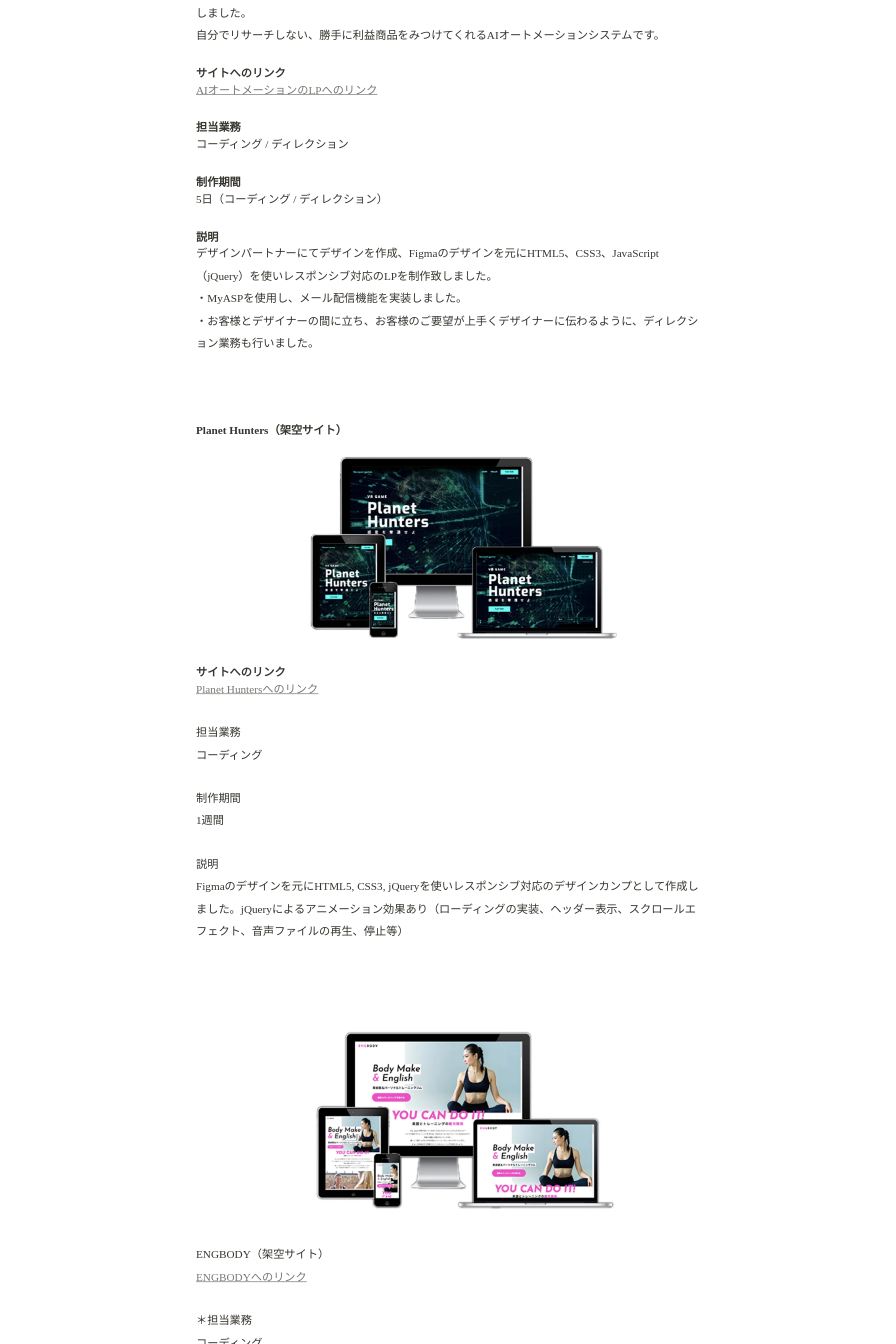
Repository: tetishi/my-portfolio
Page: index.html
The author's editor kept a copy of each file at every save. The page is drawn from the files as they stood at one save, then again after the next save.
The browser window is 1280 px wide. The pictures show the part of the page from y = 3262 to 5182 px (the page is 11517 px tall before and 11595 px after), at 70% of full size.
The style sheet was rebuilt from its Sass, Less or Tailwind sources for each picture, by a compiler version that may differ from the author's.

Above is the page before, as saved 2024-05-19 15:50:08.

### index.html
<!DOCTYPE html>
<html lang="ja">

<head>
    <meta name="robots" content="noindex">
    <meta charset="UTF-8">
    <meta name="viewport" content="width=device-width, initial-scale=1.0">
    <meta http-equiv="X-UA-Compatible" content="ie=edge">
    <meta property="og:title" content="石田哲朗のポートフォリオ" />
    <meta property="og:type" content="website" />
    <meta property="og:url" content="http://tetsuroishida.com/" />
    <meta property="og:image" content="#" />
    <meta property="og:site_name" content="ポートフォリオ" />
    <meta property="og:description" content="石田哲朗のポートフォリオです。過去の作品、スキル、使用ツール、自己紹介を掲載しております。" />
    <title>石田哲朗のポートフォリオ</title>
    <link rel="stylesheet" href="reset.css">
    <link rel="stylesheet" href="style.css">
    <link rel="icon" href="img/favicon.ico">
</head>

<body>
    <header class="header">
        <div class="header-inner">
            <h1 class="logo">
                <a href="/">
                    <img class="logo_img" src="img/favicon.png" alt="">
                </a>
            </h1>
            <nav class="header-nav">
                <ul class="header-ul">
                    <li class="header-li">
                        <a href="#">過去の作品</a>
                    </li>
                    <li class="header-li">
                        <a href="#">スキル</a>
                    </li>
                    <li class="header-li">
                        <a href="#">使用ツール</a>
                    </li>
                    <li class="header-li">
                        <a href="#">私について</a>
                    </li>
                </ul>
            </nav>
            <button class="mobile-menu_btn">
                <span></span>
                <span></span>
                <span></span>
            </button>
            <div class="mobile-header">
                <nav class="mobile-header_nav">
                    <ul class="mobile-header_ul">
                        <li class="mobile-header_li">
                            <a href="#">過去の作品</a>
                        </li>
                        <li class="mobile-header_li">
                            <a href="#">スキル</a>
                        </li>
                        <li class="mobile-header_li">
                            <a href="#">使用ツール</a>
                        </li>
                        <li class="mobile-header_li">
                            <a href="#">私について</a>
                        </li>
                    </ul>
                </nav>
            </div>
        </div>
    </header>

    <main>

        <section>
            <!-- ここ記入 -->
            <h1>ポートフォリオ<br class="d-none">（石田 哲朗）</h1>
            <p>お忙しい中 ご覧頂きありがとうございます。</p>
            <p>以下、過去の作品でございます。</p>
            <!-- ここ記入 -->
            <!-- <p>ベーシック認証がかかっているものは<br>ID aaa<br>パスワード aaa<br> です。</p> -->
        </section>
        <section>

            <h2>過去の作品</h2>
            <h3 class="sub-tit">LP作成</h3>

            <!-- １作品目 -->
            <div class="work">
                <!-- ここ記入 -->
                <h3 class="work_tit">UNIVERSAL HOLDINGS様／山中湖オリオン</h3>

                <!-- サイトのイメージ写真を入れます -->
                <a class="work_img-link" target="_blank" href="https://orion.universalholdings.jp/">
                    <picture>
                        <source srcset="img/universal-holdings@2x.webp" type="image/webp">
                        <img src="img/universal-holdings@2x.png">
                    </picture>
                </a>
                <p>
                    UNIVERSAL HOLDINGS様の貸別荘ビジネス「山中湖オリオン」についてのLP（ランディングページ）を制作致しました。<br>
                    「山中湖オリオン」は優れた強固な構造が特徴で、長期の運用が可能なフィンランドログを使用した貸別荘です。<br>
                </p>
                <h3 class="details">サイトへのリンク</h3>
                <!-- ここ記入 -->
                <p class="work_link"><a target="_blank" rel="noopener noreferrer" href="https://orion.universalholdings.jp/">UNIVERSAL HOLDINGS様／山中湖オリオンのLPへのリンク</a></p>
                <p class="work_link"><a target="_blank" rel="noopener noreferrer" href="https://orion-salon.universalholdings.jp/">UNIVERSAL HOLDINGS様／山中湖オリオン ABテスト用LPへのリンク</a></p>

                <h3 class="details">担当業務</h3>
                <p>コーディング / WordPress</p>
                <h3 class="details">サイトの目的</h3>
                <p>共同事業パートナーの募集 / 事業の認知</p>
                <h3 class="details">制作期間</h3>
                <!-- ここ記入 -->
                <p>約5日（コーディング / WordPress）</p>
                <h3 class="details">説明</h3>
                <!-- ここ記入 -->
                <p>
                    UNIVERSAL HOLDINGS様の貸別荘ビジネス「山中湖オリオン」についてのLP（ランディングページ）を制作致しました。<br>
                    「山中湖オリオン」は優れた強固な構造が特徴で、長期の運用が可能なフィンランドログを使用した貸別荘です。<br>
                    デザインパートナーにてデザインを作成、Photoshopのデザインを元にHTML5, CSS3, JavaScript(jQuery)を使用しLPをコーディング、WordPress化致しました。<br>
                    ・ユーザーにとってクリックしやすくなるように、ボタンは光るようにコーディングしております。<br>
                    ・ABテスト用に一部異なるデザインのLPも制作致しました。
                </p>
            </div>


            <!-- 2作品目 -->
            <div class="work">
                <!-- ここ記入 -->
                <h3 class="work_tit">合同会社シュアーズ様／AIオートメーションシステムのLP</h3>

                <!-- サイトのイメージ写真を入れます -->
                <a class="work_img-link" target="_blank" href="https://sedori-go.com/automation-b/">
                    <picture>
                        <source srcset="img/automation-b@2x.webp" type="image/webp">
                        <img src="img/automation-b@2x.png">
                    </picture>
                </a>
                <!-- ここ記入 -->
                <p>
                    合同会社シュアーズ様のAIオートメーションシステムについてのLP（ランディングページ）を制作致しました。<br>
                    平凡なサラリーマンがネット販売で独立を叶え、起業初年度に「1億円」を叶えた特効薬（秘密）を初公開しております。
                </p>

                <h3 class="details">サイトへのリンク</h3>
                <p class="work_link"><a target="_blank" rel="noopener noreferrer" href="https://sedori-go.com/automation-b/">AIオートメーションシステムのLPへのリンク</a></p>

                <h3 class="details">担当業務</h3>
                <p>コーディング / ディレクション</p>

                <h3 class="details">サイトの目的</h3>
                <p>サービスの認知 / 新規クライアントの獲得</p>

                <h3 class="details">制作期間</h3>
                <!-- ここ記入 -->
                <p>5日（コーディング / ディレクション）</p>

                <h3 class="details">説明</h3>
                <!-- ここ記入 -->
                <p>デザインパートナーにてデザインを作成、Figmaのデザインを元にHTML5、CSS3、JavaScript（jQuery）を使いレスポンシブ対応のLPを制作致しました。<br>
                    ・MyASPを使用し、メール配信機能を実装しました。<br>
                    ・お客様とデザイナーの間に立ち、お客様のご要望が上手くデザイナーに伝わるように、ディレクション業務も行いました。
                </p>
            </div>

            <!-- 3作品目 -->
            <div class="work">
                <h3 class="work_tit">合同会社シュアーズ様／AIオートメーションのLP</h3>

                <!-- サイトのイメージ写真を入れます -->
                <a class="work_img-link" target="_blank" href="https://sedori-go.com/automationlp/">
                    <picture>
                        <source srcset="img/automation-a@2x.webp" type="image/webp">
                        <img src="img/automation-a@2x.png">
                    </picture>
                </a>
                <!-- ここ記入 -->
                <p>
                    合同会社シュアーズ様のAIオートメーションシステムについてのLP（ランディングページ）を制作致しました。<br>
                    自分でリサーチしない、勝手に利益商品をみつけてくれるAIオートメーションシステムです。
                </p>

                <h3 class="details">サイトへのリンク</h3>
                <p class="work_link"><a target="_blank" rel="noopener noreferrer" href="https://sedori-go.com/automationlp/">AIオートメーションのLPへのリンク</a></p>

                <h3 class="details">担当業務</h3>
                <p>コーディング / ディレクション</p>

                <h3 class="details">制作期間</h3>
                <!-- ここ記入 -->
                <!-- <p>11日（6日デザイン、5日コーディング）</p> -->
                <p>5日（コーディング / ディレクション）</p>

                <h3 class="details">説明</h3>
                <!-- ここ記入 -->
                <p>デザインパートナーにてデザインを作成、Figmaのデザインを元にHTML5、CSS3、JavaScript（jQuery）を使いレスポンシブ対応のLPを制作致しました。<br>
                    ・MyASPを使用し、メール配信機能を実装しました。<br>
                    ・お客様とデザイナーの間に立ち、お客様のご要望が上手くデザイナーに伝わるように、ディレクション業務も行いました。
                </p>
            </div>

            <!-- 4作品目 -->
            <div class="work">
                <!-- ここ記入 -->
                <h3 class="work_tit">Planet Hunters（架空サイト）</h3>

                <!-- サイトのイメージ写真を入れます -->
                <a class="work_img-link" target="_blank" href="https://tetishi.github.io/planet-hunters/">
                    <picture>
                        <source srcset="img/planet-hunters@2x.webp" type="image/webp">
                        <img src="img/planet-hunters@2x.png">
                    </picture>
                </a>
                <!-- ここ記入 -->
                <h3 class="details">サイトへのリンク</h3>
                <p class="work_link"><a target="_blank" rel="noopener noreferrer" href="https://tetishi.github.io/planet-hunters/">Planet Huntersへのリンク</a></p>

                <p class="details">担当業務</p>
                <p>コーディング</p>
                <p class="details">制作期間</p>
                <!-- ここ記入 -->
                <p>1週間</p>
                <p class="details">説明</p>
                <!-- ここ記入 -->
                <p>Figmaのデザインを元にHTML5, CSS3, jQueryを使いレスポンシブ対応のデザインカンプとして作成しました。jQueryによるアニメーション効果あり（ローディングの実装、ヘッダー表示、スクロールエフェクト、音声ファイルの再生、停止等）</p>
            </div>

            <!-- 5作品目 -->
            <div class="work">
                <!-- サイトのイメージ写真を入れます -->
                <picture>
                    <source srcset="img/engbody@2x.webp" type="image/webp">
                    <img src="img/engbody@2x.png">
                </picture>
                <!-- ここ記入 -->
                <p class="work_tit">ENGBODY（架空サイト）</p>
                <!-- ここ記入 -->
                <p class="work_link"><a target="_blank" rel="noopener noreferrer" href="https://tetishi.github.io/engbody/">ENGBODYへのリンク</a></p>
                <p class="details">＊担当業務</p>
                <p>コーディング</p>
                <p class="details">＊制作期間</p>
                <!-- ここ記入 -->
                <p>2週間</p>
                <p class="details">＊説明</p>
                <!-- ここ記入 -->
                <p>XDのデザインを元にHTML5, CSS3, jQueryを使いレスポンシブ対応のデザインカンプとして作成しました。jQueryによるアニメーション効果あり（ヘッダー表示、背景色のアニメーション、スクロールエフェクト、タブ、スライダー、アコーディオン、ページ内横スクロール等）モバイルファーストによるコーディングを実施しました。</p>
            </div>

            <!-- 　6作品目 -->
            <div class="work">
                <!-- サイトのイメージ写真を入れます -->
                <picture>
                    <source srcset="img/cresta-design@2x.webp" type="image/webp">
                    <img src="img/cresta-design@2x.png">
                </picture>
                <!-- ここ記入 -->
                <p class="work_tit">Cresta Design（架空サイト）</p>
                <!-- ここ記入 -->
                <p class="work_link"><a target="_blank" rel="noopener noreferrer" href="https://tetishi.github.io/cresta-design/">Cresta Designへのリンク</a></p>
                <p class="details">＊担当業務</p>
                <p>コーディング</p>
                <p class="details">＊制作期間</p>
                <!-- ここ記入 -->
                <p>2週間</p>
                <p class="details">＊説明</p>
                <!-- ここ記入 -->
                <p>XDのデザインを元にHTML5, CSS3, jQueryを使いレスポンシブ対応のデザインカンプとして作成しました。jQueryによるアニメーション効果あり（ハンバーガーメニュー、ページ内スクロールボタン）</p>
            </div>

            <!-- 　7作品目 -->
            <div class="work">
                <!-- サイトのイメージ写真を入れます -->
                <picture>
                    <source srcset="img/wdc@2x.webp" type="image/webp">
                    <img src="img/wdc@2x.png">
                </picture>
                <!-- ここ記入 -->
                <p class="work_tit">WDC（架空サイト）</p>
                <!-- ここ記入 -->
                <p class="work_link"><a target="_blank" rel="noopener noreferrer" href="https://tetishi.github.io/wdc/">WDCへのリンク</a></p>
                <p class="details">＊担当業務</p>
                <p>コーディング</p>
                <p class="details">＊制作期間</p>
                <!-- ここ記入 -->
                <p>2週間</p>
                <p class="details">＊説明</p>
                <!-- ここ記入 -->
                <p>XDのデザインを元にHTML5, CSS3, jQueryを使いレスポンシブ対応のデザインカンプとして作成しました。jQueryによるアニメーション効果あり（ページ内スクロールボタン、トップに戻るボタン）</p>
            </div>

            <!-- 　8作品目 -->
            <div class="work">
                <!-- サイトのイメージ写真を入れます -->
                <picture>
                    <source srcset="img/munchkin@2x.webp" type="image/webp">
                    <img src="img/munchkin@2x.png">
                </picture>
                <!-- ここ記入 -->
                <p class="work_tit">MUNCHKIN（架空サイト）</p>
                <!-- ここ記入 -->
                <p class="work_link"><a target="_blank" rel="noopener noreferrer" href="https://tetishi.github.io/munchkin2/">MUNCHKINへのリンク</a></p>
                <p class="details">＊担当業務</p>
                <p>コーディング</p>
                <p class="details">＊制作期間</p>
                <!-- ここ記入 -->
                <p>1週間</p>
                <p class="details">＊説明</p>
                <!-- ここ記入 -->
                <p>XDのデザインを元にHTML5, CSS3, jQueryを使いレスポンシブ対応のデザインカンプとして作成しました。jQueryによるアニメーション効果あり（ハンバーガーメニュー、スクロールボタン）</p>
            </div>


            <h3 class="sub-tit">コーポレイトサイト作成</h3>
            <!-- 　1作品目 -->
            <div class="work">
                <!-- サイトのイメージ写真を入れます -->
                <picture>
                    <source srcset="img/pon-design@2x.webp" type="image/webp">
                    <img src="img/pon-design@2x.png">
                </picture>
                <!-- ここ記入 -->
                <p class="work_tit">PON DESIGN（架空サイト）</p>
                <!-- ここ記入 -->
                <p class="work_link"><a target="_blank" rel="noopener noreferrer" href="https://tetishi.github.io/pon-design/">PON DESIGNへのリンク</a></p>
                <p class="details">＊担当業務</p>
                <p>コーディング</p>
                <p class="details">＊制作期間</p>
                <!-- ここ記入 -->
                <p>約18日</p>
                <p class="details">＊説明</p>
                <!-- ここ記入 -->
                <p>XDのデザインを元にHTML5, CSS3, jQueryを使いレスポンシブ対応のデザインカンプとして作成しました。jQueryによるアニメーション効果あり（ハンバーガーメニュー、スライダー等）</p>
            </div>


            <!-- 　2作品目 -->
            <div class="work">
                <!-- サイトのイメージ写真を入れます -->
                <picture>
                    <source srcset="img/start@2x.webp" type="image/webp">
                    <img src="img/start@2x.png">
                </picture>
                <!-- ここ記入 -->
                <p class="work_tit">START（架空サイト）</p>
                <!-- ここ記入 -->
                <p class="work_link"><a target="_blank" rel="noopener noreferrer" href="https://tetishi.github.io/">STARTへのリンク</a></p>
                <p class="details">＊担当業務</p>
                <p>コーディング</p>
                <p class="details">＊制作期間</p>
                <!-- ここ記入 -->
                <p>1週間</p>
                <p class="details">＊説明</p>
                <!-- ここ記入 -->
                <p>XDのデザインを元にHTML5, CSS3, jQueryを使いレスポンシブ対応のデザインカンプとして作成しました。jQueryによるアニメーション効果あり（ハンバーガーメニュー）</p>
            </div>

            <!-- <div class="work"> -->
                <!-- サイトのイメージ写真を入れます -->
                <!-- <picture>
                    <source srcset="img/#" type="image/webp">
                    <img src="img/#">
                </picture> -->
                <!-- ここ記入 -->
                <!-- <p class="work_tit">ここに作品のタイトルを入れます</p> -->
                <!-- ここ記入 -->
                <!-- <p class="work_link"><a target="_blank" rel="noopener noreferrer" href="#">ここにリンクを入れます</a></p>
                <p class="details">＊担当業務</p>
                <p>コーディング</p>
                <p class="details">＊制作期間</p> -->
                <!-- ここ記入 -->
                <!-- <p>○週間</p>
                <p class="details">＊説明</p> -->
                <!-- ここ記入 -->
                <!-- <p>ここに説明文を入れます</p>
            </div> -->


        </section>
        <section>
            <h2>スキル</h2>
            <h3 class="info-tit">使用言語</h3>
            <p>HTML / CSS / Sass / Javascript / SEO / PHP</p>
            <h3 class="info-tit">フレ-ムワーク</h3>
            <p>jQuery / WordPress</p>
        </section>
        <section>
            <h2>使用ツール</h2>
            <h3 class="info-tit">エディター</h3>
            <p>Visual Studio Code</p>
            <h3 class="info-tit">テストサーバー</h3>
            <p>シン・クラウド for Free / エックスフリー</p>
            <h3 class="info-tit">バージョン管理ツール</h3>
            <p>GitHub</p>
            <h3 class="info-tit">連絡ツール</h3>
            <p>slack / Chatwork</p>
        </section>
        <section>
            <h2>私について</h2>
            <!-- 自分の写真を入れます -->
            <picture>
                <source srcset="img/myself.webp" type="image/webp">
                <img class="people" src="img/myself.jpeg">
            </picture>
            <!-- <img class="people" src="img/myself.jpeg"> -->
            <h3 class="info-tit">名前</h3>
            <!-- ここ記入 -->
            <p>石田 哲朗</p>
            <h3 class="info-tit">生年月日</h3>
            <!-- ここ記入 -->
            <p>1992年11月12日</p>
            <h3 class="info-tit">出身</h3>
            <!-- ここ記入 -->
            <p>奈良県</p>
            <h3 class="info-tit">経歴</h3>
            <!-- ここ記入 -->
            <ul class="carrier-list">
                <li class="carrier-item">
                    <p class="carrier-year">2015</p>
                    <p class="carrier-content">大阪の大学を経済学部で卒業</p>
                </li>
                <li class="carrier-item">
                    <p class="carrier-year">2015 - 2017</p>
                    <p class="carrier-content">アメリカ、ロサンゼルスの語学学校で英語を学ぶ</p>
                </li>
                <li class="carrier-item">
                    <p class="carrier-year">2017 - 2019</p>
                    <p class="carrier-content">カリフォルニア州オークランドにあるLaney Collegeにてコンピュータプログラミング専攻し卒業</p>
                </li>
                <li class="carrier-item">
                    <p class="carrier-year">2019</p>
                    <p class="carrier-content">フリーランスのWebエンジニアとして活動</p>
                </li>
                <li class="carrier-item">
                    <p class="carrier-year">2019 - 2020</p>
                    <p class="carrier-content">プログラミングスクールにてRuby on Ralisなどを学び実際に業務としてWeb開発を実施</p>
                </li>
                <li class="carrier-item">
                    <p class="carrier-year">2021 ~ 2023</p>
                    <p class="carrier-content">ネットワークエンジニアとして勤務</p>
                </li>
                <li class="carrier-item">
                    <p class="carrier-year">2022 ~ 現在</p>
                    <p class="carrier-content">フリーランスのWebエンジニアとして活動中</p>
                </li>
            </ul>
        </section>



    </main>

    <footer class="footer">
        <div class="footer-copyright">
            <p>
                © 2023 Tetsuro Ishida's portfolio All rights reserved
            </p>
        </div>
    </footer>

</body>

</html>

### reset.css
/*
html5doctor.com Reset Stylesheet
v1.6.1
Last Updated: 2010-09-17
Author: Richard Clark - http://richclarkdesign.com
Twitter: @rich_clark
*/

html,
body,
div,
span,
object,
iframe,
h1,
h2,
h3,
h4,
h5,
h6,
p,
blockquote,
pre,
abbr,
address,
cite,
code,
del,
dfn,
em,
img,
ins,
kbd,
q,
samp,
small,
strong,
sub,
sup,
var,
b,
i,
dl,
dt,
dd,
ol,
ul,
li,
fieldset,
form,
label,
legend,
table,
caption,
tbody,
tfoot,
thead,
tr,
th,
td,
article,
aside,
canvas,
details,
figcaption,
figure,
footer,
header,
hgroup,
menu,
nav,
section,
summary,
time,
mark,
audio,
video {
    margin: 0;
    padding: 0;
    border: 0;
    outline: 0;
    font-size: 100%;
    vertical-align: baseline;
    background: transparent;
}

body {
    line-height: 1;
}

article,
aside,
details,
figcaption,
figure,
footer,
header,
hgroup,
menu,
nav,
section {
    display: block;
}

nav ul {
    list-style: none;
}

blockquote,
q {
    quotes: none;
}

blockquote:before,
blockquote:after,
q:before,
q:after {
    content: '';
    content: none;
}

a {
    margin: 0;
    padding: 0;
    font-size: 100%;
    vertical-align: baseline;
    background: transparent;
}


/* change colours to suit your needs */

ins {
    background-color: #ff9;
    color: #000;
    text-decoration: none;
}


/* change colours to suit your needs */

mark {
    background-color: #ff9;
    color: #000;
    font-style: italic;
    font-weight: bold;
}

del {
    text-decoration: line-through;
}

abbr[title],
dfn[title] {
    border-bottom: 1px dotted;
    cursor: help;
}

table {
    border-collapse: collapse;
    border-spacing: 0;
}


/* change border colour to suit your needs */

hr {
    display: block;
    height: 1px;
    border: 0;
    border-top: 1px solid #cccccc;
    margin: 1em 0;
    padding: 0;
}

input,
select {
    vertical-align: middle;
}


/*end reset css*/

Loaded but not shown: style.scss (210 lines, source omitted)

After the next save:
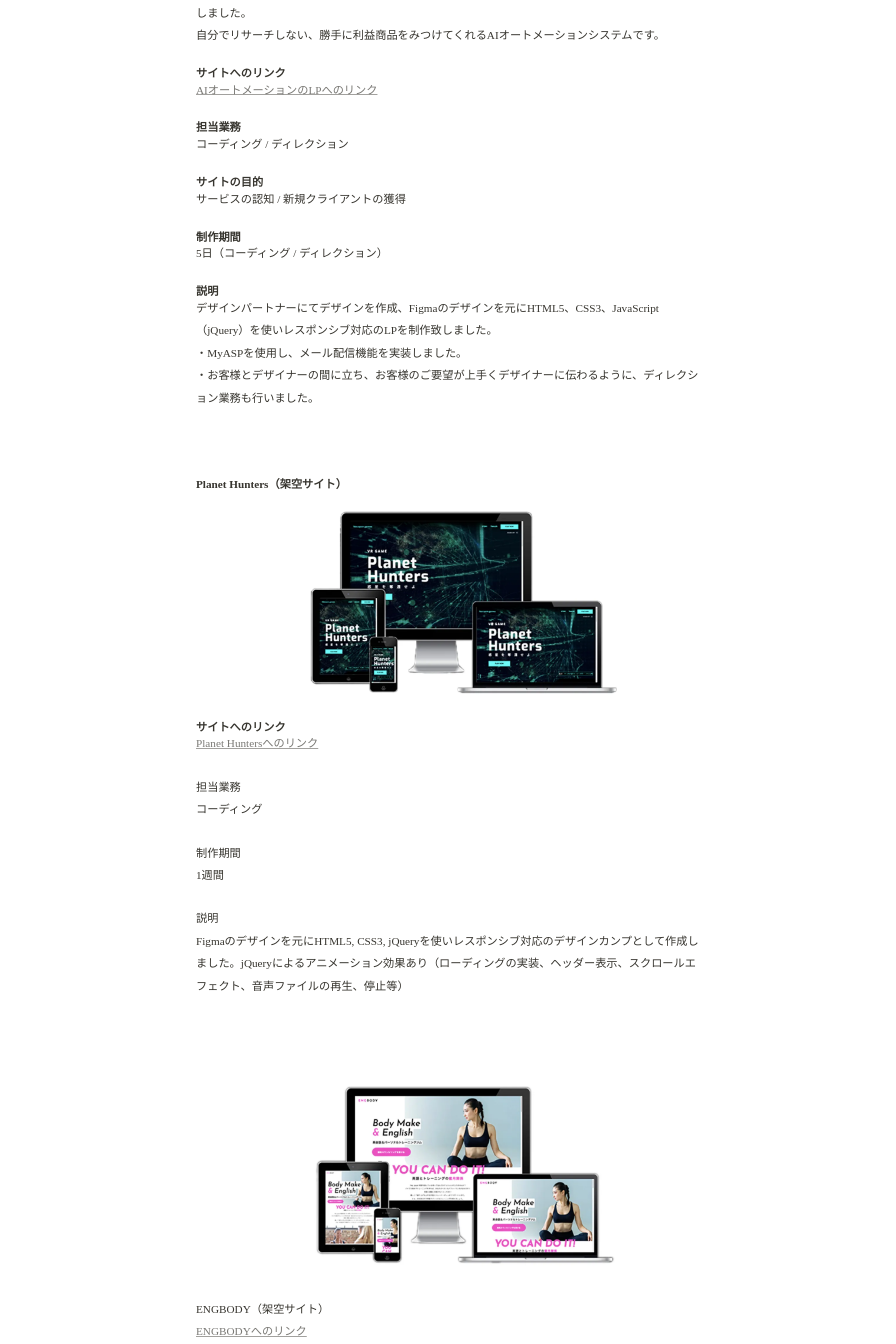
Saved 35 s later.
--- a/index.html
+++ b/index.html
@@ -185,6 +185,9 @@
                 <h3 class="details">担当業務</h3>
                 <p>コーディング / ディレクション</p>
 
+                <h3 class="details">サイトの目的</h3>
+                <p>サービスの認知 / 新規クライアントの獲得</p>
+
                 <h3 class="details">制作期間</h3>
                 <!-- ここ記入 -->
                 <!-- <p>11日（6日デザイン、5日コーディング）</p> -->
